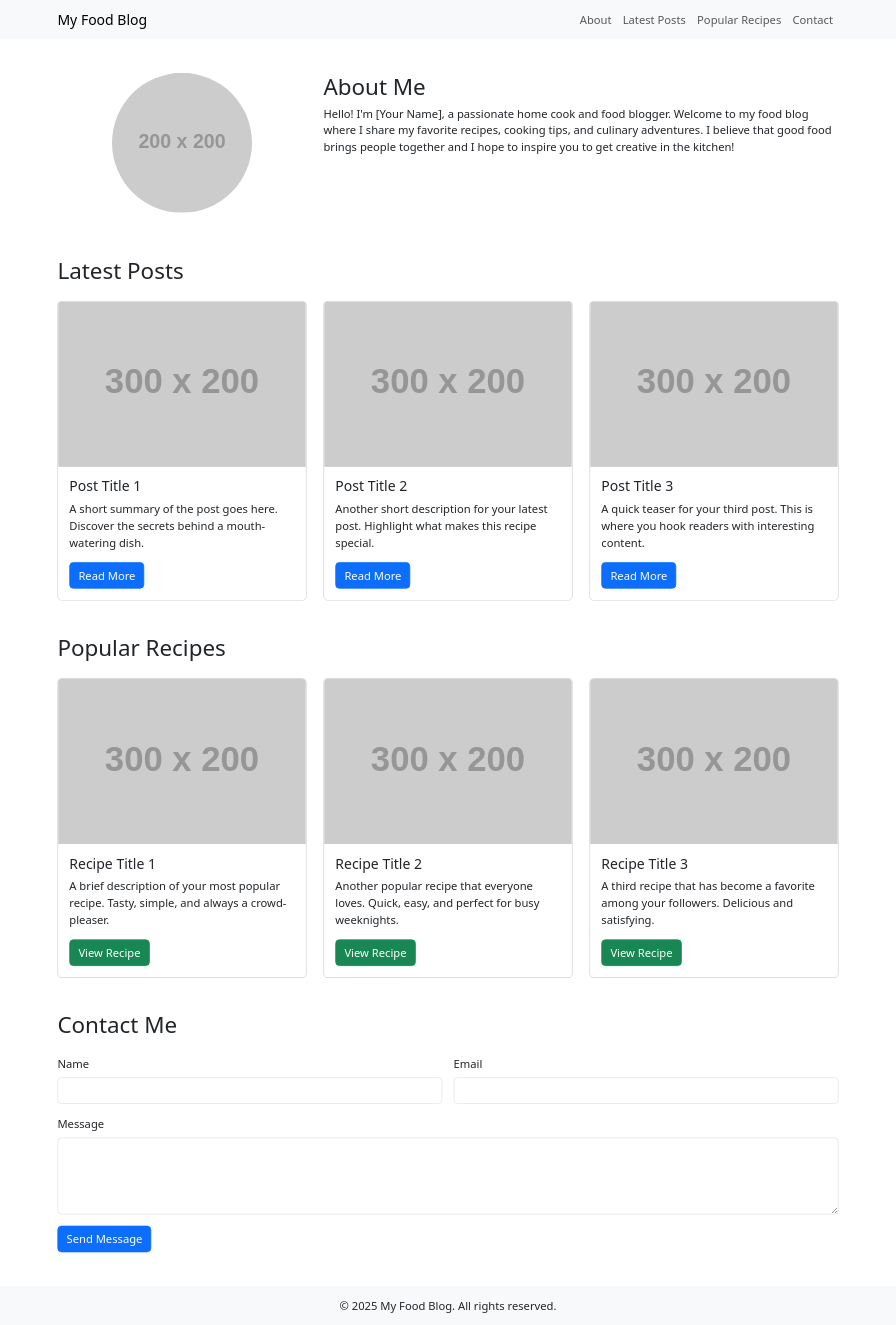
Repository: arunyerram/Web-TEChnologies
Page: 15.03.2025.html
These files come from the project's save history. The page is drawn as it stood at one moment and after the next save; the edit follows.
The browser window is 1280 px wide. The pictures show the whole page, at 70% of full size.

Above is the page before, as saved 2025-03-19 11:20:17.

### 15.03.2025.html
<!DOCTYPE html>
<html lang="en">
<head>
  <meta charset="UTF-8" />
  <meta name="viewport" content="width=device-width, initial-scale=1" />
  <title>My Food Blog</title>
  <!-- Bootstrap 5 CSS -->
  <link
    href="https://cdn.jsdelivr.net/npm/bootstrap@5.3.0/dist/css/bootstrap.min.css"
    rel="stylesheet"
  />
</head>
<body>

  <!-- ======= Header / Navbar ======= -->
  <header>
    <nav class="navbar navbar-expand-lg navbar-light bg-light">
      <div class="container">
        <a class="navbar-brand" href="#">My Food Blog</a>
        <button
          class="navbar-toggler"
          type="button"
          data-bs-toggle="collapse"
          data-bs-target="#navbarSupportedContent"
          aria-controls="navbarSupportedContent"
          aria-expanded="false"
          aria-label="Toggle navigation"
        >
          <span class="navbar-toggler-icon"></span>
        </button>

        <div class="collapse navbar-collapse" id="navbarSupportedContent">
          <ul class="navbar-nav ms-auto mb-2 mb-lg-0">
            <li class="nav-item">
              <a class="nav-link" href="#about">About</a>
            </li>
            <li class="nav-item">
              <a class="nav-link" href="#latest-posts">Latest Posts</a>
            </li>
            <li class="nav-item">
              <a class="nav-link" href="#popular-recipes">Popular Recipes</a>
            </li>
            <li class="nav-item">
              <a class="nav-link" href="#contact">Contact</a>
            </li>
          </ul>
        </div>
      </div>
    </nav>
  </header>

  <!-- ======= Main Content ======= -->
  <main class="container my-5">

    <!-- About Section -->
    <section id="about" class="mb-5">
      <div class="row">
        <div class="col-md-4 text-center">
          <!-- Replace with your own image -->
          <img
            src="https://via.placeholder.com/200"
            alt="Author"
            class="img-fluid rounded-circle mb-3"
          />
        </div>
        <div class="col-md-8">
          <h2>About Me</h2>
          <p>
            Hello! I'm [Your Name], a passionate home cook and food blogger.
            Welcome to my food blog where I share my favorite recipes,
            cooking tips, and culinary adventures. I believe that good food
            brings people together and I hope to inspire you to get creative
            in the kitchen!
          </p>
        </div>
      </div>
    </section>

    <!-- Latest Blog Posts -->
    <section id="latest-posts" class="mb-5">
      <h2 class="mb-4">Latest Posts</h2>
      <div class="row row-cols-1 row-cols-md-3 g-4">
        <!-- Card 1 -->
        <div class="col">
          <div class="card">
            <img
              src="https://via.placeholder.com/300x200"
              class="card-img-top"
              alt="Post Image 1"
            />
            <div class="card-body">
              <h5 class="card-title">Post Title 1</h5>
              <p class="card-text">
                A short summary of the post goes here. Discover the secrets
                behind a mouth-watering dish.
              </p>
              <a href="#" class="btn btn-primary">Read More</a>
            </div>
          </div>
        </div>
        <!-- Card 2 -->
        <div class="col">
          <div class="card">
            <img
              src="https://via.placeholder.com/300x200"
              class="card-img-top"
              alt="Post Image 2"
            />
            <div class="card-body">
              <h5 class="card-title">Post Title 2</h5>
              <p class="card-text">
                Another short description for your latest post. Highlight
                what makes this recipe special.
              </p>
              <a href="#" class="btn btn-primary">Read More</a>
            </div>
          </div>
        </div>
        <!-- Card 3 -->
        <div class="col">
          <div class="card">
            <img
              src="https://via.placeholder.com/300x200"
              class="card-img-top"
              alt="Post Image 3"
            />
            <div class="card-body">
              <h5 class="card-title">Post Title 3</h5>
              <p class="card-text">
                A quick teaser for your third post. This is where you hook
                readers with interesting content.
              </p>
              <a href="#" class="btn btn-primary">Read More</a>
            </div>
          </div>
        </div>
      </div>
    </section>

    <!-- Popular Recipes -->
    <section id="popular-recipes" class="mb-5">
      <h2 class="mb-4">Popular Recipes</h2>
      <div class="row row-cols-1 row-cols-md-3 g-4">
        <!-- Recipe Card 1 -->
        <div class="col">
          <div class="card">
            <img
              src="https://via.placeholder.com/300x200"
              class="card-img-top"
              alt="Recipe Image 1"
            />
            <div class="card-body">
              <h5 class="card-title">Recipe Title 1</h5>
              <p class="card-text">
                A brief description of your most popular recipe. Tasty,
                simple, and always a crowd-pleaser.
              </p>
              <a href="#" class="btn btn-success">View Recipe</a>
            </div>
          </div>
        </div>
        <!-- Recipe Card 2 -->
        <div class="col">
          <div class="card">
            <img
              src="https://via.placeholder.com/300x200"
              class="card-img-top"
              alt="Recipe Image 2"
            />
            <div class="card-body">
              <h5 class="card-title">Recipe Title 2</h5>
              <p class="card-text">
                Another popular recipe that everyone loves. Quick, easy, and
                perfect for busy weeknights.
              </p>
              <a href="#" class="btn btn-success">View Recipe</a>
            </div>
          </div>
        </div>
        <!-- Recipe Card 3 -->
        <div class="col">
          <div class="card">
            <img
              src="https://via.placeholder.com/300x200"
              class="card-img-top"
              alt="Recipe Image 3"
            />
            <div class="card-body">
              <h5 class="card-title">Recipe Title 3</h5>
              <p class="card-text">
                A third recipe that has become a favorite among your
                followers. Delicious and satisfying.
              </p>
              <a href="#" class="btn btn-success">View Recipe</a>
            </div>
          </div>
        </div>
      </div>
    </section>

    <!-- Contact Section -->
    <section id="contact">
      <h2 class="mb-4">Contact Me</h2>
      <form class="row g-3 needs-validation" novalidate>
        <div class="col-md-6">
          <label for="name" class="form-label">Name</label>
          <input
            type="text"
            class="form-control"
            id="name"
            required
          />
          <div class="invalid-feedback">
            Please provide your name.
          </div>
        </div>
        <div class="col-md-6">
          <label for="email" class="form-label">Email</label>
          <input
            type="email"
            class="form-control"
            id="email"
            required
          />
          <div class="invalid-feedback">
            Please provide a valid email address.
          </div>
        </div>
        <div class="col-12">
          <label for="message" class="form-label">Message</label>
          <textarea
            class="form-control"
            id="message"
            rows="4"
            required
          ></textarea>
          <div class="invalid-feedback">
            Please enter your message.
          </div>
        </div>
        <div class="col-12">
          <button class="btn btn-primary" type="submit">Send Message</button>
        </div>
      </form>
    </section>

  </main>

  <!-- ======= Footer ======= -->
  <footer class="bg-light text-center py-3">
    <p class="mb-0">&copy; 2025 My Food Blog. All rights reserved.</p>
  </footer>

  <!-- Bootstrap 5 JS (Popper + Bootstrap) -->
  <script
    src="https://cdn.jsdelivr.net/npm/bootstrap@5.3.0/dist/js/bootstrap.bundle.min.js"
  ></script>

  <!-- Form Validation Script -->
  <script>
    (function () {
      'use strict';
      const forms = document.querySelectorAll('.needs-validation');
      Array.prototype.slice.call(forms).forEach(function (form) {
        form.addEventListener('submit', function (event) {
          if (!form.checkValidity()) {
            event.preventDefault();
            event.stopPropagation();
          }
          form.classList.add('was-validated');
        }, false);
      });
    })();
  </script>
</body>
</html>

After the next save:
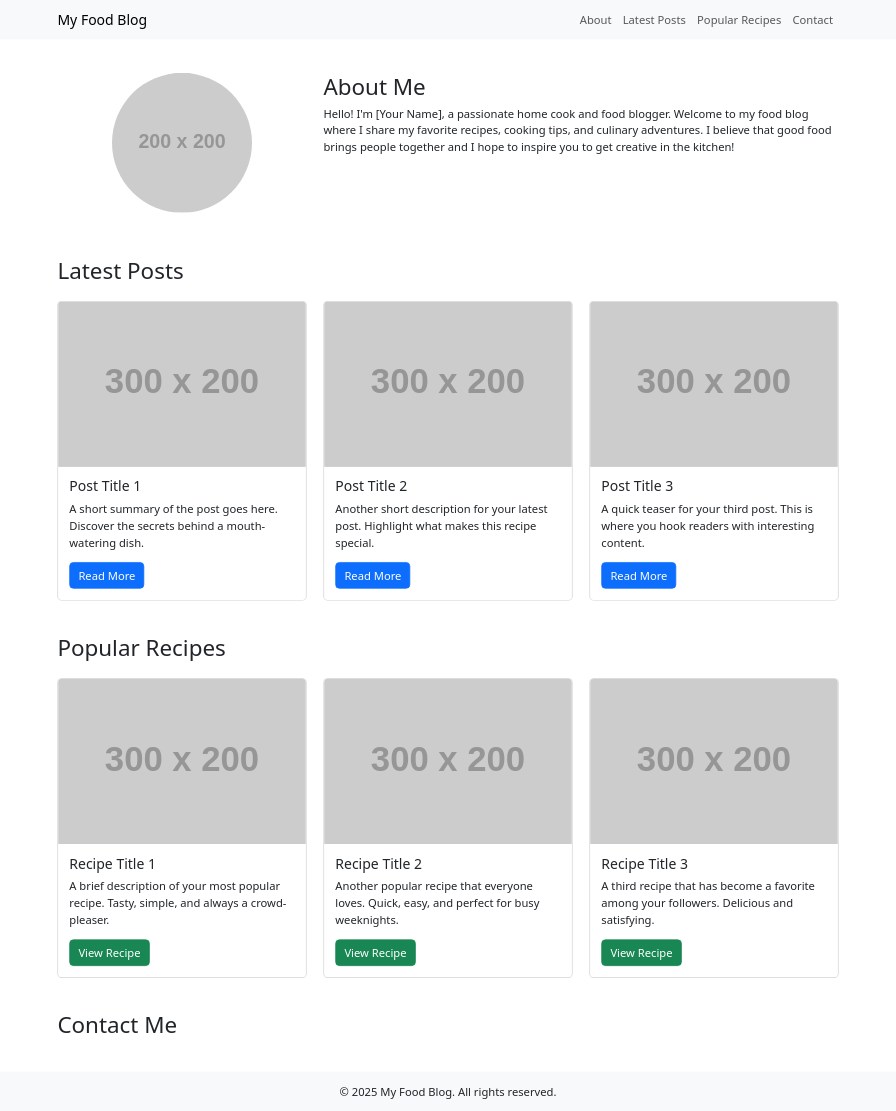
Saved 12 s later.
--- a/15.03.2025.html
+++ b/15.03.2025.html
@@ -201,47 +201,7 @@
     <!-- Contact Section -->
     <section id="contact">
       <h2 class="mb-4">Contact Me</h2>
-      <form class="row g-3 needs-validation" novalidate>
-        <div class="col-md-6">
-          <label for="name" class="form-label">Name</label>
-          <input
-            type="text"
-            class="form-control"
-            id="name"
-            required
-          />
-          <div class="invalid-feedback">
-            Please provide your name.
-          </div>
-        </div>
-        <div class="col-md-6">
-          <label for="email" class="form-label">Email</label>
-          <input
-            type="email"
-            class="form-control"
-            id="email"
-            required
-          />
-          <div class="invalid-feedback">
-            Please provide a valid email address.
-          </div>
-        </div>
-        <div class="col-12">
-          <label for="message" class="form-label">Message</label>
-          <textarea
-            class="form-control"
-            id="message"
-            rows="4"
-            required
-          ></textarea>
-          <div class="invalid-feedback">
-            Please enter your message.
-          </div>
-        </div>
-        <div class="col-12">
-          <button class="btn btn-primary" type="submit">Send Message</button>
-        </div>
-      </form>
+
     </section>
 
   </main>
